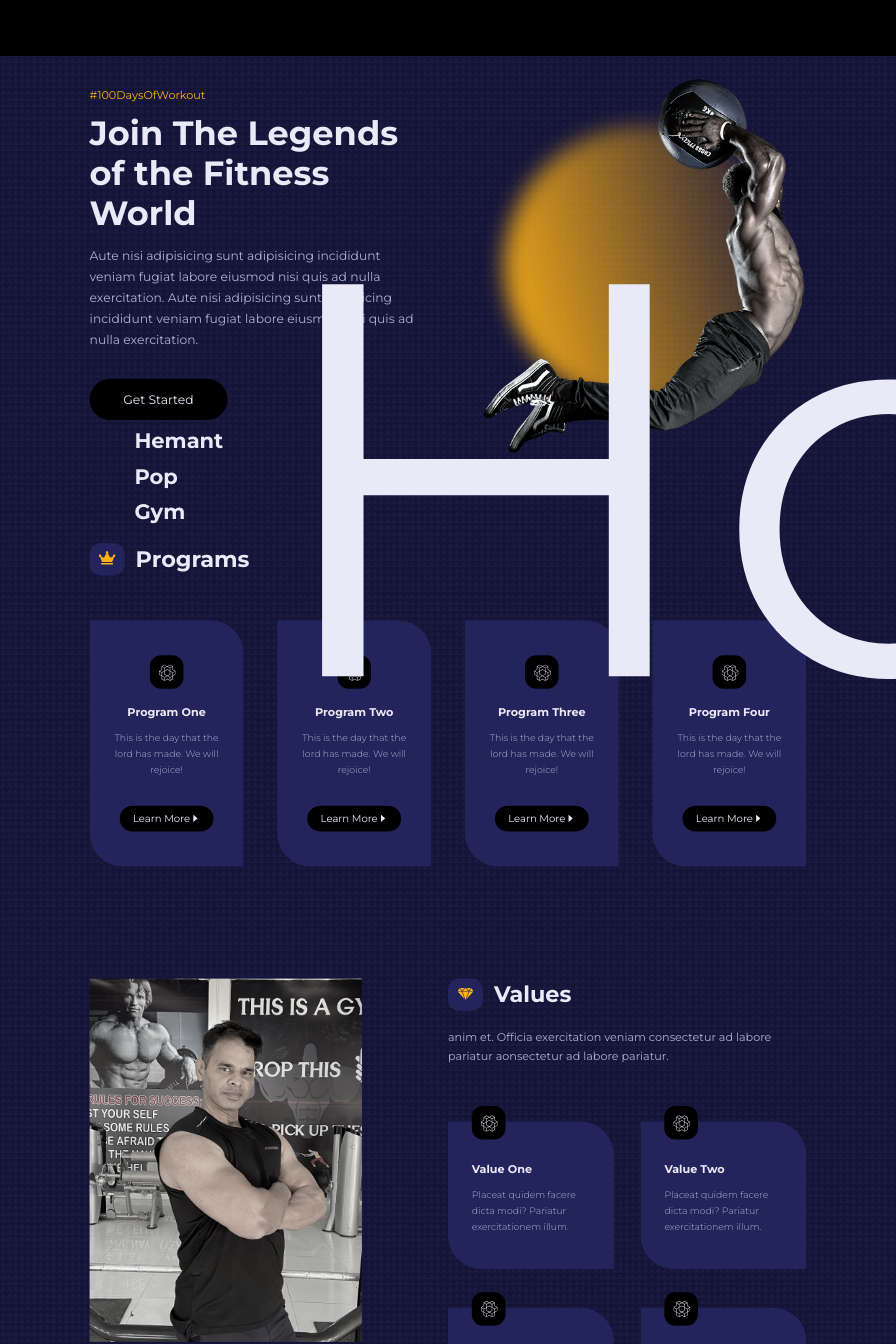
Repository: aryaMode/gym-portfolio
Page: /
An editor plug-in stored every save of this project. The page is shown before and after the next save, followed by the edit.
The browser window is 1280 px wide. The pictures show the part of the page from y = 0 to 1920 px (the page is 3960 px tall), at 70% of full size.
The project was rebuilt for these pictures with package versions that can differ from the ones it lists, and the page was loaded fresh each time. Also part of the build but not shown: src/pages/about/about.css, src/components/Header.jsx, src/pages/about/About.jsx, src/pages/contact/contact.css, src/pages/contact/Contact.jsx, src/pages/gallery/gallery.css, src/pages/gallery/Gallery.jsx, src/pages/notFound/notFound.css and 6 more.

Above is the page before, as saved 2023-07-20 16:20:11.

### public/index.html
<!DOCTYPE html>
<html lang="en">

<head>
    <meta charset="UTF-8">
    <meta http-equiv="X-UA-Compatible" content="IE=edge">
    <meta name="viewport" content="width=device-width, initial-scale=1.0">
    <title>Portfolio Website</title>
    <!-- GOOGLE FONTS (montserrat) -->
    <link href="https://fonts.googleapis.com/css2?family=Montserrat:wght@300;400;500;600;700&display=swap"
        rel="stylesheet">
</head>

<body>
    <div id="root"></div>
</body>

</html>

### src/App.jsx
// rafce -> shortcut to create component and export
import { BrowserRouter, Routes, Route } from "react-router-dom";
import React from "react";
import Home from "./pages/home/Home";
import About from "./pages/about/About";
import Contact from "./pages/contact/Contact";
import Gallery from "./pages/gallery/Gallery";
import NotFound from "./pages/notFound/NotFound";
import Plans from "./pages/plans/Plans";
import Trainers from "./pages/trainers/Trainers";
import Navbar from "./components/Navbar";
import Footer from "./components/Footer";

const App = () => {
	return (
		<BrowserRouter>
			<Navbar />
			<Routes>
				<Route index element={<Home />} />
				<Route path="about" element={<About />} />
				<Route path="contact" element={<Contact />} />
				<Route path="gallery" element={<Gallery />} />
				<Route path="plans" element={<Plans />} />
				<Route path="trainers" element={<Trainers />} />
				<Route path="*" element={<NotFound />} />
			</Routes>
			<Footer />
		</BrowserRouter>
	);
};

export default App;

### src/index.css
 *, *::before, *::after{
    margin: 0;
    padding: 0;
    border: 0;
    outline: 0;
    list-style: none;
    text-decoration: none;
    box-sizing: border-box;
 }

 /* CSS Global variable starts with :root {...} check w3school docs for more  info */
 :root{
    --primary-hue: 210;
    --gray-hue: 240;
    /* hsl (hue, saturation, lightness) */
    --color-primary: black;
    --color-primary-variant: hsl(var(--primary-hue), 100%, 65%);
    --color-secondary: #ffb116;
    --color-gray-100: hsl(var(--gray-hue), 47%, 94%); /*almost white colour lightness is almost 100%*/
    --color-gray-200: hsl(var(--gray-hue), 26%, 75%);
    --color-gray-300: hsl(var(--gray-hue), 24%, 64%);
    --color-gray-400: hsl(var(--gray-hue), 16%, 41%);
    --color-gray-500: hsl(var(--gray-hue), 44%, 25%);
    --color-gray-600: hsl(var(--gray-hue), 48%, 15%);

    --container-width-lg: 80%;
    --container-width-md: 90%;

    --transition: all 500ms ease; /* make sure all transition have a constant effect*/
 }

  /******************** GENERAL STYLES ********************/
  body{
    font-family: "Montserrat", sans-serif;
    color: var(--color-gray-200);
    line-height: 1.7;
    overflow-x: hidden;
    background: var(--color-gray-600) url(./images/bg_texture.png);
  }

  .container{
    width: var(--container-width-lg);
    max-width: 1920px;
    margin-inline: auto;
  }

  h1, h2, h3, h4, h5 {
    line-height: 1.2;
    color: var(--color-gray-100);
  }

  h1 {
    font-size: 3rem;
  }

  h2 {
    font-size: 2rem ;
  }

  a {
    color: var(--color-gray-100);
  }

  img{
    display: block;
    object-fit: cover;
    width: 100%;
}

.btn {
    color: var(--color-gray-100);
    width: fit-content;
    margin: 0 auto;
    padding: 0.9rem 2rem;
    background: var(--color-primary);
    border-radius: 1.5rem;
    transition: var(--transition);
}

.btn:hover {
    background: var(--color-secondary);
    color: var(--color-gray-600);
}

.btn.lg {
    padding: 1.2rem 3rem;
    border-radius: 2rem;
    font-size: 1.1rem;
}

.btn.sm {
    padding: 0.4rem 1.2rem;
    font-size: 0.9rem;
}

.btn.sm:hover {
    background: var(--color-gray-100);
}

/******************** SECTION REUSABLE STYLES ********************/
section {
    margin-top: 10rem;
}

.section__head {
    display: flex;
    align-items: center;
    gap: 1rem;
}

.section__head span {
    background: var(--color-gray-500);
    padding: 0.3rem 0.8rem 0;
    border-radius: 1rem;
    color: var(--color-secondary);
    font-size: 1.5rem;
}

.card {
    background: var(--color-gray-500);
    border: 2px solid transparent;
    text-align: center;
    padding: 3rem 2rem;
    border-radius: 0 3rem 0 3rem;
    transition: var(--transition);
}

.card:hover {
    background: transparent;
    border-color: var(--color-gray-400);
    cursor: default;
}

.card span {
    width: 3rem;
    height: 3rem;
    background: var(--color-primary);
    color: var(--color-gray-100);
    font-size: 1.5rem;
    padding: 0.8rem;
    display: grid;
    place-items: center;
    margin-bottom: 1.5rem;
    margin-inline: auto;
    border-radius: 1rem;
    transition: var(--transition);
}

.card:hover span {
    background: var(--color-secondary);
    color: var(--color-gray-500)
}

.card small {
    margin-top: 1rem;
    display: block;
    font-weight: 300;
}

.header {
    margin-top: 5rem;
    height: 20rem;
    overflow: hidden;
    border-bottom: 2px solid var(--color-gray-400);
}

.header__container {
    width: 100%;
    height: 100%;
    position: relative;
    display: grid;
    place-items: center;
    background: #0000;
}

.header__container-lg {
    position: absolute;
    width: 100%;
}

.header__container-lg img {
    opacity: 0.5;
}

.header__content {
    position: relative;
    width: 44%;
    margin: 0 auto;
    text-align: center;
    color: var(--color-gray-100);
}

.header__content h2 {
    margin-bottom: 1rem;
}

.header__content p {
    color: rgba(255, 255, 255, 0.7, green, blue, alpha);
}






/******************** MEADIA QUERIES (medium screens) ********************/
@media screen and (max-width: 1024px) {
    .container {
        width: var(--container-width-md);
    }

    h1 {
        font-size: 2rem;
    }

    h2 {
        font-size: 1.6rem;
    }

    .header__content {
        width: 76%;
    }
}

/******************** MEADIA QUERIES (small screens) ********************/
@media screen and (max-width: 600px) {
    h1 {
        font-size: 2.2rem;
        line-height: 1.3;
    }

    section {
        margin-top: 7rem;
    }

    .header {
        height: fit-content;
    }

    .header__content {
        width: var(--container-width-md);
        padding: 3rem 0;
    }

    .header__content p {
        font-size: 0.85rem;
    }
}

### src/pages/home/Home.jsx
import React from "react";
import "./home.css";
import MainHeader from "../../components/MainHeader";
import Program from "../../components/Program";
import Values from "../../components/Values";
import FAQs from "../../components/FAQs";
import Testimonial from "../../components/Testimonial";
// import Footer from "../../components/Footer";

const Home = () => {
	return (
		<>
			<MainHeader />
			<Program />
			<Values />
			<FAQs />
			<Testimonial />
			{/* <Footer /> comment this out so footer wount be double */}
		</>
	);
};

export default Home;

### src/components/Navbar.jsx
import { useState } from "react";
import { Link, NavLink } from "react-router-dom";
// NavLink comes with an isactive prop which we can use to detect which page we on
// so we can have a special style for that link
import React from "react";
import Logo from "../images/logo.png";
import { links } from "../data";
import { GoThreeBars } from "react-icons/go";
import { MdOutlineClose } from "react-icons/md";
import "./navbar.css";

const Navbar = () => {
	const [isNavShowing, setIsNavShowing] = useState(false);

	const handleNavToggle = () => {
		return setIsNavShowing((prevVAlue) => {
			return !prevVAlue;
		});
	};

	return (
		<nav>
			<div className="container nav__container">
				<Link to="/" className="logo" onClick={handleNavToggle}>
					{/* <img src={Logo} alt="Nav-logo" /> */}
					<div>Hemant Pop Gym</div>
				</Link>
				<ul
					className={`nav__links ${isNavShowing ? "show__nav" : "hide__nav"}`}
				>
					{/* Destructure the links array of object from the links to get each item */}
					{links.map(({ name, path }, index) => {
						return (
							<li key={index}>
								<NavLink
									to={path}
									className={({ isActive }) => (isActive ? "active-nav" : "")}
									onClick={handleNavToggle}
								>
									{name}
								</NavLink>
							</li>
						);
					})}
				</ul>
				<button onClick={handleNavToggle} className="nav__toggle-btn">
					{isNavShowing ? <MdOutlineClose /> : <GoThreeBars />}
				</button>
			</div>
		</nav>
	);
};

export default Navbar;

// export PATH=$PATH:/home/daveworld/bin

### src/components/Footer.jsx
import React from "react";
import { Link } from "react-router-dom";
import Logo from "../images/logo.png";
import { FaLinkedin } from "react-icons/fa";
import { FaFacebookF } from "react-icons/fa";
import { AiOutlineTwitter } from "react-icons/ai";
import { AiFillInstagram } from "react-icons/ai";

const Footer = () => {
	return (
		<footer>
			<div className="container footer__container">
				<article>
					<Link to="/" className="logo">
						{/* <img src={Logo} alt="Footer Logo" /> */}
						<h1>Hemant Pop Gym</h1>
					</Link>
					<p>
						Consectetur non nostrud enim nostrud est culpa ullamco incididunt
						nisi. Consectetur non nostrud enim nostrud est culpa ullamco
						incididunt nisi.
					</p>
					<div className="footer__socials">
						<a
							href="https://www.linkedin.com/in/eniola-ademola-7386161a7/"
							target="_blank"
							rel="noreferrer noopener"
						>
							<FaLinkedin />
						</a>
						<a
							href="https://facebook.com/"
							target="_blank"
							rel="noreferrer noopener"
						>
							<FaFacebookF />
						</a>
						<a
							href="https://twitter.com/_daveworld"
							target="_blank"
							rel="noreferrer noopener"
						>
							<AiOutlineTwitter />
						</a>
						<a
							href="https://instagram.com/_daveworld"
							target="_blank"
							rel="noreferrer noopener"
						>
							<AiFillInstagram />
						</a>
					</div>
				</article>
				<article>
					<h4>Permalinks</h4>
					<Link to="/about">About</Link>
					<Link to="/plans">Plans</Link>
					<Link to="/trainers">Trainers</Link>
					<Link to="/gallery">Gallery</Link>
					<Link to="/contact">Contact</Link>
				</article>
				<article>
					<h4>Insights</h4>
					<Link to="/s">Blog</Link>
					<Link to="/s">Case Studies</Link>
					<Link to="/s">Events</Link>
					<Link to="/s">Communities</Link>
					<Link to="/constact">FAQs</Link>
				</article>
				<article>
					<h4>Get In Touch</h4>
					<Link to="/contact">Plans</Link>
					<Link to="/s">Trainers</Link>
				</article>
			</div>
			<div className="footer__copyright">
				<small> &copy; Eniola Ademola </small>
			</div>
		</footer>
	);
};

export default Footer;

### src/components/MainHeader.jsx
import React from "react";
import { Link } from "react-router-dom";
import Image from "../images/main_header.png";

const MainHeader = () => {
	return (
		<header className="main__header">
			<div className="container main__header-container">
				<div className="main__header-left">
					<h4>#100DaysOfWorkout</h4>
					<h1>Join The Legends of the Fitness World</h1>
					<p>
						Aute nisi adipisicing sunt adipisicing incididunt veniam fugiat
						labore eiusmod nisi quis ad nulla exercitation. Aute nisi
						adipisicing sunt adipisicing incididunt veniam fugiat labore eiusmod
						nisi quis ad nulla exercitation.
					</p>
					<Link to="/plans" className="btn lg">
						Get Started
					</Link>
				</div>
				<div className="main__header-right">
					<div className="main__header-circle"></div>
					<div className="main__header-image">
						<img src={Image} alt="MainHeaderImage" />
					</div>
				</div>
			</div>
		</header>
	);
};

export default MainHeader;

### src/components/Program.jsx
import React from "react";
import { FaCrown } from "react-icons/fa";
import SectionHead from "./SectionHead";
import { programs } from "../data";
import Card from "../UI/Card";
import { Link } from "react-router-dom";
import { AiFillCaretRight } from "react-icons/ai";

const Program = () => {
	return (
		<section className="programs">
			<div className="container programs container">
				<SectionHead icon={<FaCrown />} title="Programs" />

				<div className="program__wrapper">
					{programs.map(({ id, icon, title, info, path }) => {
						return (
							<Card className="programs__program" key={id}>
								<span>{icon}</span>
								<h4>{title}</h4>
								<small>{info}</small>
								<Link to={path} className="btn sm">
									Learn More <AiFillCaretRight />
								</Link>
							</Card>
						);
					})}
				</div>
			</div>
		</section>
	);
};

export default Program;

### src/components/Values.jsx
import React from "react";
import Image from "../images/values.jpg";
import SectionHead from "./SectionHead";
import { GiCutDiamond } from "react-icons/gi";
import { values } from "../data";
import Card from "../UI/Card";

const Values = () => {
	return (
		<section className="values">
			<div className="container values__container">
				<div className="values__left">
					<div className="values__image">
						<img src={Image} alt="values Image" />
					</div>
				</div>
				<div className="values__right">
					<SectionHead icon={<GiCutDiamond />} title="Values" />
					<p>
						anim et. Officia exercitation veniam consectetur ad labore pariatur
						aonsectetur ad labore pariatur.
					</p>
					<div className="values__wrapper">
						{values.map(({ id, icon, title, desc }) => {
							return (
								<Card className="values__value" key={id}>
									<span>{icon}</span>
									<h4>{title}</h4>
									<small>{desc}</small>
								</Card>
							);
						})}
					</div>
				</div>
			</div>
		</section>
	);
};

export default Values;

### src/components/FAQs.jsx
import React from "react";
import { FaQuestion } from "react-icons/fa";
import { faqs } from "../data";
import FAQ from "./FAQ";
import SectionHead from "./SectionHead";
const FAQs = () => {
	return (
		<section className="faqs">
			<div className="container faqs__container">
				<SectionHead icon={<FaQuestion />} title="FAQs" />
				<div className="faqs__wrapper">
					{faqs.map(({ id, question, answer }) => {
						return <FAQ key={id} question={question} answer={answer} />;
					})}
				</div>
			</div>
		</section>
	);
};

export default FAQs;

### src/components/Testimonial.jsx
import React, { useState } from "react";
import SectionHead from "./SectionHead";
import { ImQuotesLeft } from "react-icons/im";
import Card from "../UI/Card";
import {
	IoIosArrowDropleftCircle,
	IoIosArrowDroprightCircle,
} from "react-icons/io";
import { testimonials } from "../data";

const Testimonial = () => {
	const [index, setIndex] = useState(0);
	const { name, quote, job, avatar } = testimonials[index];

	const handlePreviousTestimonial = () => {
		setIndex((prevValue) => {
			return prevValue - 1;
		});
		if (index <= 0) {
			setIndex(testimonials.length - 1);
		}
	};
	const handleAfterTestimonial = () => {
		setIndex((prevValue) => {
			return prevValue + 1;
		});
		if (index >= testimonials.length - 1) {
			setIndex(0);
		}
	};

	return (
		<section className="testimonials">
			<div className="container testimonial__container">
				<SectionHead
					icon={<ImQuotesLeft />}
					title="Testimonials"
					className="testimonials__head"
				/>
				<Card className="testimonial">
					<div className="testimonial__avatar">
						<img src={avatar} alt={name} />
					</div>
					<p className="testimonial__quote">{`"${quote}"`}</p>
					<h5>{name}</h5>
					<small className="testimonial__title">{job}</small>
				</Card>
				<div className="testimonial__btn-container">
					<button
						className="testimonials__btn"
						onClick={handlePreviousTestimonial}
					>
						<IoIosArrowDropleftCircle />
					</button>
					<button
						className="testimonials__btn"
						onClick={handleAfterTestimonial}
					>
						<IoIosArrowDroprightCircle />
					</button>
				</div>
			</div>
		</section>
	);
};

export default Testimonial;

### src/UI/Card.jsx
import React from "react";

const Card = ({ className, children }) => {
	return <article className={`card ${className}`}>{children}</article>;
};

export default Card;

### src/components/navbar.css
nav{
    height: 5rem;
    width: 100vw; /*100% of the window/browser*/
    background: var(--color-primary);
    display: grid;
    place-items: center;
    position: fixed; /*commnt this to see hiden layers*/
    top: 0;
    left: 0;
    z-index: 99; /* makes sure it sit on all items*/
}

/* Only show on medium and small screens */
.nav__toggle-btn {
    display: none;
}

.nav__container {
    height: 100%;
    font-size: 50rem;
    display: flex;
    justify-content: space-between;
    align-items: center;
    position: relative;
}

.logo{
    width: 50vw;
    font-size: 30px;
    font-weight: bold;
    margin-right: 50px;
    display: flex;
}

.nav__links{
    display: flex;
    gap: 3.5rem;
    align-items: center;
}

.nav__links a {
    transition: var(--transition);
}

.nav__links a:hover {
    color: var(--color-secondary);
}

.active-nav {
    position: relative;
}

.active-nav::after{
    content: "";
    display: block;
    width: 1.2rem;
    height: 1.2rem;
    background-color: var(--color-primary);
    position: absolute;
    left: calc(50% - 0.6rem);
    transform: rotate(45deg);
    margin-top: 0.9rem;
}

 /******************** MEDIA QUERIES (mesium and small screens) ********************/
 @media screen and (max-width: 1024px) {
    .nav__toggle-btn {
        display: inline-block;
        background: transparent;
        font-size: 1.8rem;
        cursor: pointer;
    }

    .nav__toggle-btn svg{
        color: var(--color-gray-100);
    }

    .nav__links {
        position: absolute;
        top: 100%;
        right: 0;
        flex-direction: column;
        gap: 0;
        perspective: 400px;
    }

    .active-nav {
        display: none;
    }

    .active-nav, .active-nav::after{
        display: none;
    }

    .nav__links li {
        height: 4rem;
        width: 100%;
        box-shadow: -2rem 2rem 5rem rgba(0, 0, 0, 0.5);
        animation: navAnimation 600ms ease forwards;
        transform: rotateX(90deg);
        opacity: 0;
        transform-origin: top;
    }

    .nav__links li:nth-child(2) {
        animation-delay: 200ms;
    }
    .nav__links li:nth-child(3) {
        animation-delay: 400ms;
    }
    .nav__links li:nth-child(4) {
        animation-delay: 600ms;
    }
    .nav__links li:nth-child(5) {
        animation-delay: 800ms;
    }
    .nav__links li:nth-child(6) {
        animation-delay: 1s;
    }
    .nav__links li:nth-child(7) {
        animation-delay: 1.2s;
    }

    @keyframes navAnimation {
        to {
            transform: rotateX(0);
            opacity: 1;
        }
    }

    .nav__links li a {
        background-color: var(--color-primary);
        height: 100%;
        width: 100%;
        display: flex;
        align-items: center;
        padding: 1rem 5rem 1rem 3rem;
    }

    .show__nav {
        display: flex;
    }

    .hide__nav {
        display: none;
    }

 }

### src/components/SectionHead.jsx
import React from "react";

// A reuseable component for each section name
const SectionHead = ({ icon, title, className }) => {
	return (
		<div className={`section__head ${className}`}>
			<span>{icon}</span>
			<h2>{title}</h2>
		</div>
	);
};

export default SectionHead;

### src/components/FAQ.jsx
import React, { useState } from "react";
import { AiOutlinePlus } from "react-icons/ai";
import { AiOutlineMinus } from "react-icons/ai";

const FAQ = ({ question, answer }) => {
	const [isAnswerShowing, setIsAnswerShowing] = useState(false);

	const handleFAQ = () => {
		return setIsAnswerShowing((prevValue) => {
			return !prevValue;
		});
	};

	return (
		<article className="faq" onClick={handleFAQ}>
			<div>
				<h4>{question}</h4>
				<button className="faq__icon">
					{isAnswerShowing ? <AiOutlineMinus /> : <AiOutlinePlus />}
				</button>
			</div>
			{isAnswerShowing && <p>{answer}</p>}
		</article>
	);
};

export default FAQ;

Loaded but not shown: src/index.js (common file); src/data.js (320 lines, source omitted); src/pages/home/home.css (412 lines, source omitted)

After the next save:
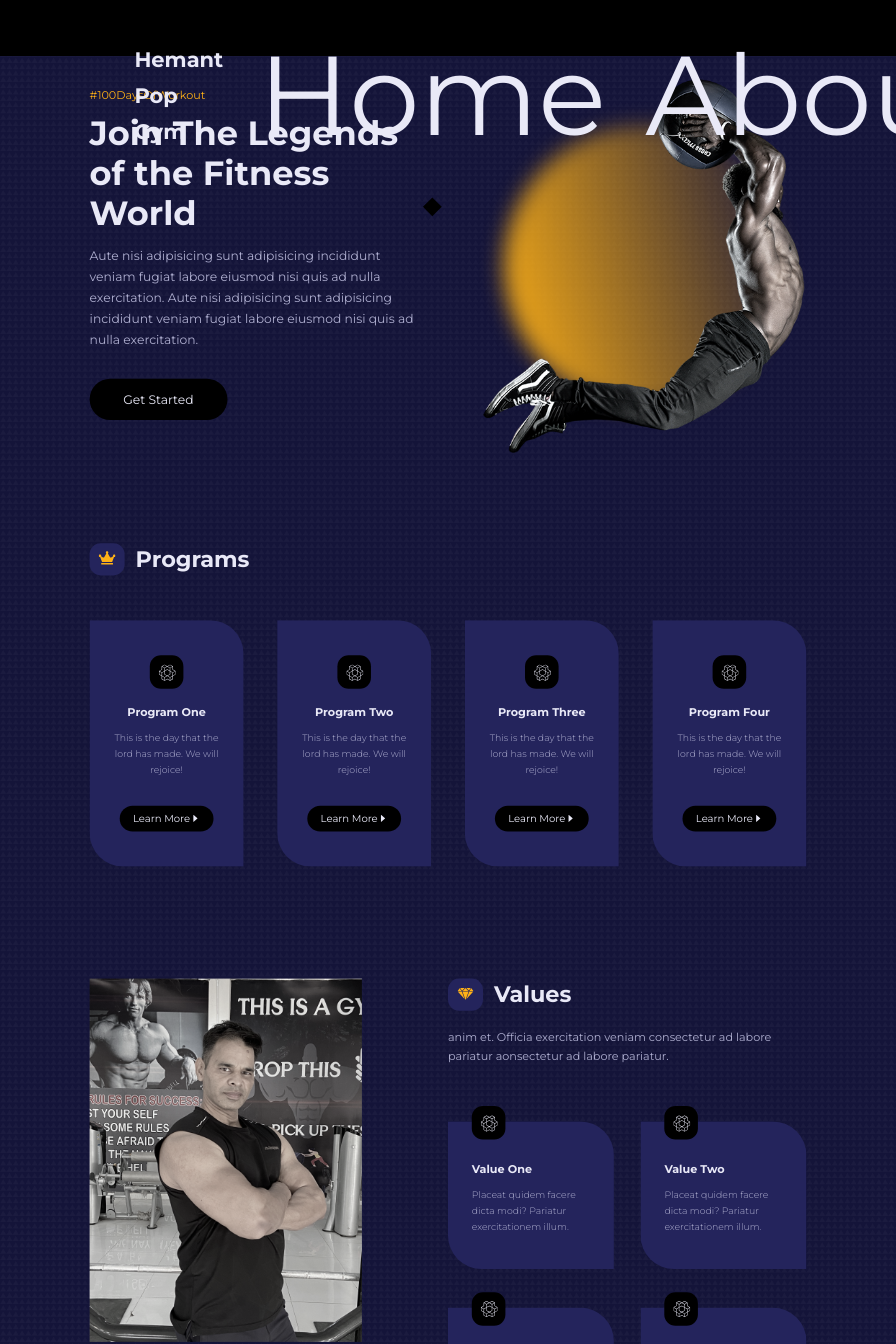
Saved 16 s later.
--- a/src/components/navbar.css
+++ b/src/components/navbar.css
@@ -17,7 +17,7 @@ nav{
 
 .nav__container {
     height: 100%;
-    font-size: 50rem;
+    font-size: 10rem;
     display: flex;
     justify-content: space-between;
     align-items: center;
